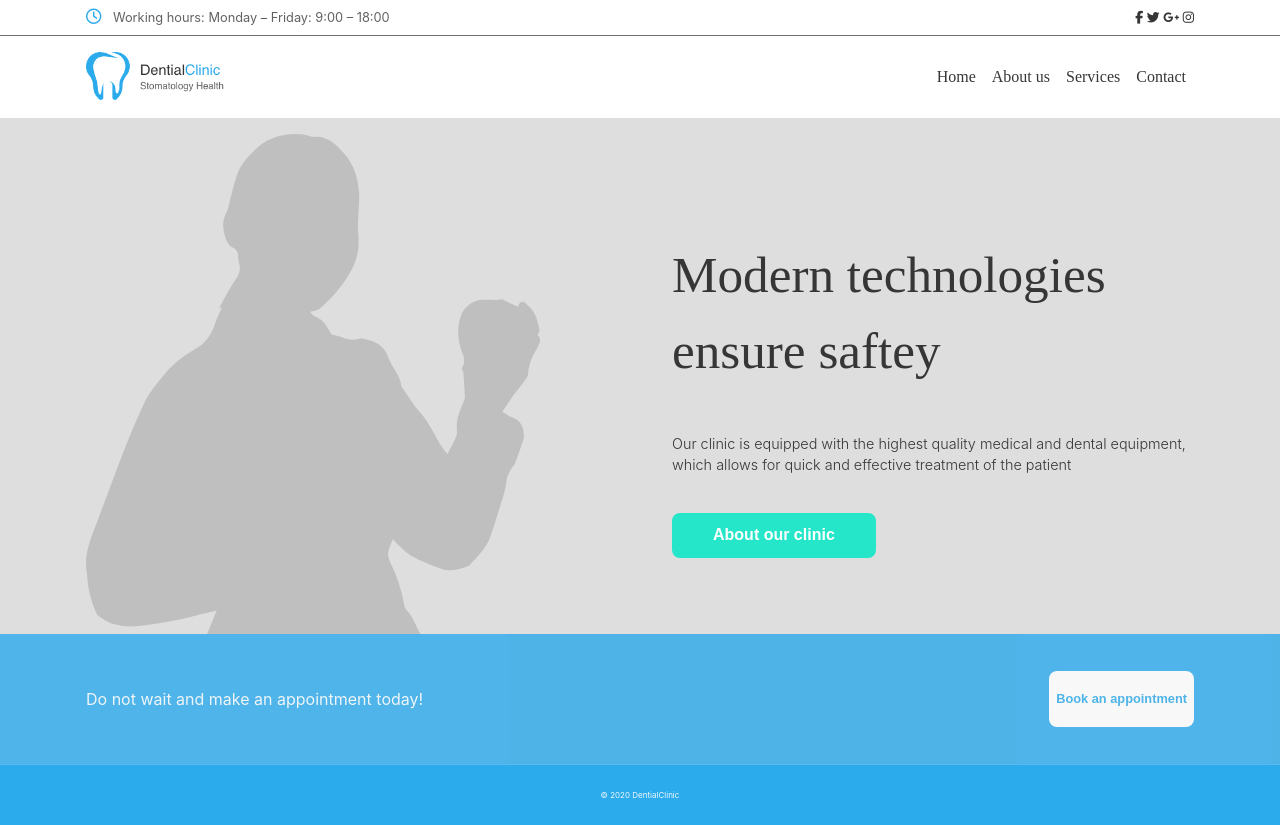
Repository: skepp4rn/uppgift1
Page: index.html
An editor plug-in stored every save of this project. The page is shown before and after the next save, followed by the edit.
The browser window is 1280 px wide. The pictures show the whole page.
Some web libraries are served in a nearby version.

Above is the page before, as saved 2020-12-03 15:06:39.

### index.html
<!DOCTYPE html>
<html lang="en">
<head>
    <meta charset="UTF-8">
    <meta name="viewport" content="width=device-width, initial-scale=1.0">
    <title>Document</title>

    <script src="https://kit.fontawesome.com/0abbda2fd3.js" crossorigin="anonymous"></script>
    <link rel="stylesheet" href="style.css">
</head>
<body>

    <nav class="navbar-top collapse">
        <div class="container">
            <div class="hours">
                <i class="far fa-clock"></i>
                Working hours: Monday – Friday: 9:00 – 18:00
            </div>
            <div class="#">
                <a href="#"><i class="fab fa-facebook-f"></i></a>
                <a href="#"><i class="fab fa-twitter"></i></a>
                <a href="#"><i class="fab fa-google-plus-g"></i></a>
                <a href="#"><i class="fab fa-instagram"></i></a>
            </div>
        </div>
    </nav>

    <nav class="navbar ">
        <div class="container">
            <a class="navbar-brand" href="#" >
                <img src="images/Logo.png" alt="">
            </a>
            <button class="navbar-toggler">
                <i class="fas fa-bars"></i>
            </button>
            <div class="collapse navbar-collapse">
                <div class="navbar-nav">
                    <a class="nav-link" href="#">Home</a>
                    <a class="nav-link" href="#">About us</a>
                    <a class="nav-link" href="#">Services</a>
                    <a class="nav-link" href="#">Contact</a>
                </div>
            </div>
        </div>
    </nav>

    <section id="showcase" class="bg-gray">
        <div class="container">
            <img src="images/placehold-girl.svg" alt="">
            <div class="content-box">
                <div class="content">
                    <h1>Modern technologies ensure saftey</h1>
                    <p>Our clinic is equipped with the highest quality medical and dental equipment, which allows for quick and effective treatment of the patient</p>
                    <button class="btn btn-green">About our clinic</button>
                </div>
            </div>
        </div>
    </section>












   <div class="grid">
        <section id="appointment" class="bg-gray">
            <div class="bg-blue overlay">
                <div class="container">
                    <div class="center-content">
                        <p>Do not wait and make an appointment today!</p>
                        <button>Book an appointment</button>
                    </div>
                </div>
            </div>
        </section>
        <footer class="d-flex justify-content-center bg-blue">
            <p>© 2020 DentialClinic</p>
        </footer>
    </div>

</body>
</html>

### style.css
* {
    box-sizing: border-box;
}

html, body {
    font-weight: 400;
    font-family: -apple-system, BlinkMacSystemFont, 'Segoe UI', Roboto, Oxygen, Ubuntu, Cantarell, 'Open Sans', 'Helvetica Neue', sans-serif;
    line-height: 1.5;
    font-size: 16px;
    margin: 0;
    padding: 0;
    color: #626262;
}

.container {
    width: 100%;
    padding: 0 1rem;
    margin: 0 auto;
}

.border {
    border: 1px solid black;
}

a {
    color: #363636;
    text-decoration: none;
    background-color: transparent;
}

a:hover {
    color: #25E6C8;
}

.bg-dark {
   background: #333333;
   color: #ffffff;
}

.bg-light {
    background: #f7f7f7;
    color: #333333;
}

.bg-gray {
    background-color: #DEDEDE;

}



.btn {
    display: inline-block;
    font-weight: 400;
    text-align: center;
    vertical-align: middle;
    padding: 0.80rem 2.5rem;
    border-radius: 0.5rem;
    border: 1px solid transparent;
    background-color: transparent;
    font-size: 1rem;

}

.btn-green {
    color: #ffffff;
    background-color: #25E6C8;
    font-weight: bold;
    margin-top: 1.4rem;
    border-radius: 0.5rem;

}

.btn-green:hover {
    cursor: pointer;
    background-color: #2BAAEC;
}



.collapse:not(.show) {
    display: none;
}

.container {
    width: 100%;
    padding: 0 1rem;
    margin: 0 auto;
}

.navbar-top {
    border-bottom: 1px solid #707070;
}

.navbar, .navbar-top {
    display: flex;
    justify-content: space-between;
    padding: 0.5rem 1rem;
}

.navbar .container, .navbar-top .container {
    display: flex;
    justify-content: space-between;
    align-items: center;
}

.navbar-top .container {
    font-size: 0.8rem;
}

.navbar-top .container .hours {
    color:#626262;
}

.navbar-top .container .hours i {
    color: #2BAAEC;
    margin-right: 0.5rem;
    font-size: 1.2em;
}

.navbar-top .container .socialmedia a {
    margin: 0 0.5rem;

}

.navbar-brand {
    display: inline-block;
    font-size: 1.5rem;
    color: black;
    margin-right: 1rem;
}

.navbar-brand img {
    height: 3rem;
    margin-top: 0.5rem;
}


.navbar-toggler {
    font-size: 2.5rem;
    color:#2BAAEC;
    background-color: transparent;
    border: 1px solid transparent;
}

.navbar-collapse {
    align-items: center;
}

.navbar-nav {
    display: flex;
    flex-direction: column;
    font-family: 'Roboto Slab', serif;

}

.nav-link {
    padding: 0;
    text-decoration: none;
}



#showcase .container {
    display: grid;
    grid-template-columns: 1fr 1fr;
    column-gap: 4rem;

    align-items: center;
}

#showcase .container img {
    height: 500px;
    margin-top: 1rem;


}

#showcase .container .content-box {
    align-self: center;
    color: #363636;
    font-weight: 300;
}

.content-box .content h1 {
    font-size: 3.2rem;
    font-family: 'Roboto Slab', serif;
    font-weight: 300;

}

.content-box .content p {
    font-size: 0.9rem;
}




.d-flex {
    display: flex;
}

.justify-content-center {
    justify-content: center;
}

#appointment {
    color: #f3fbff;
}


.overlay {
    opacity: 80%;
    background-color: #2BAAEC;
}

.center-content {
    display: block;
    text-align: center;
    padding: 2.5rem 0;
}

.center-content button {
    display: inline-block;
    border-radius: 0.5rem;
    border: 1px solid transparent;
    background-color: white;
    color: #2BAAEC;
    font-weight: bold;
    font-size: 0.8rem;
}


footer {
    border-top: 1px solid rgb(255, 255, 255, 0.2);
    background-color: #2BAAEC;
    color: #f3fbff;
    text-align: center;
    padding: 1rem 0rem;
    font-size: 0.5rem;
}






@media (min-width: 768px) {
    .container {
        max-width: 720px;
    }

    .center-content {
        display: flex;
        justify-content: space-between;
        padding: 2.3rem 0;
    }
}

@media (min-width: 1920px) {
    .container {
        max-width: 1880;
    }
}




@media (min-width: 768px) {
    .nav-link {
        padding-right: 0.5rem;
        padding-left: 0.5rem;
    }

    .navbar-nav {
        flex-direction: row;
    }

    .navbar-toggler {
        display: none;
    }

    .collapse:not(.show) {
        display: flex;
    }

    .container {
        max-width: 720px;
    }

}

@media (min-width: 992px) {
    .container {
        max-width: 960px;
    }
}

@media (min-width: 1200px) {
    .container {
        max-width: 1140px;
    }
}

After the next save:
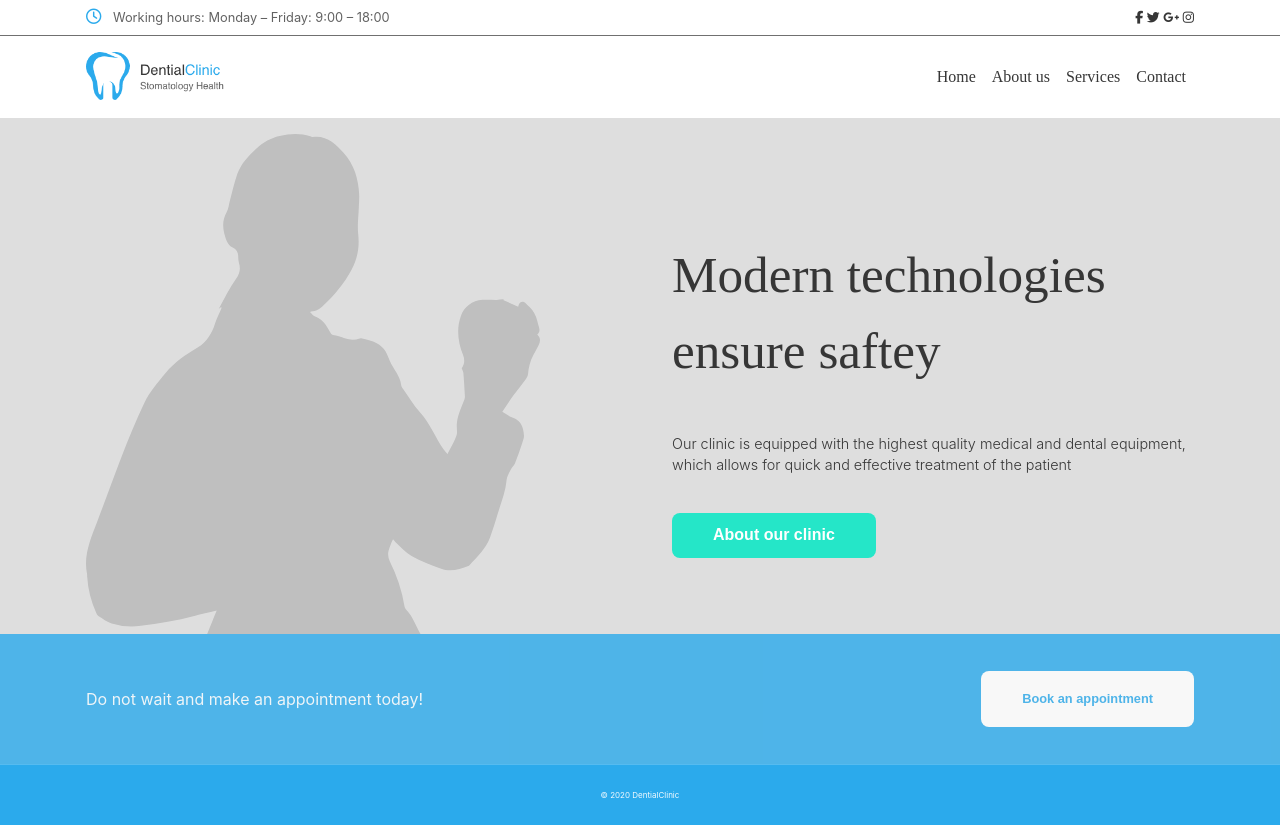
Saved 39 s later.
--- a/style.css
+++ b/style.css
@@ -222,6 +222,8 @@ a:hover {
 
 .center-content button {
     display: inline-block;
+    vertical-align: middle;
+    padding: 0.80rem 2.5rem;
     border-radius: 0.5rem;
     border: 1px solid transparent;
     background-color: white;
